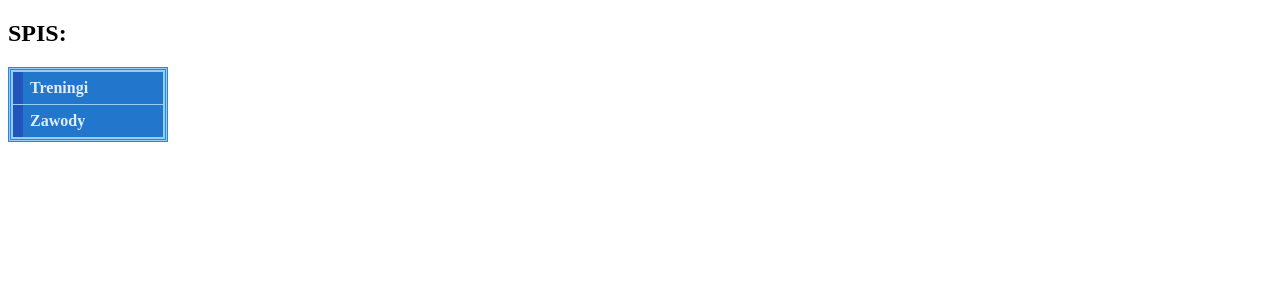
Repository: zlenyk/wrzucak
Page: http://localhost/Shop/UserMenu.jsp
These files come from the project's save history. The page is drawn as it stood at one moment and after the next save; the edit follows.
The browser window is 1280 px wide. The pictures show the whole page.
The page is served by Tomcat 9.

Above is the page before, as saved 2013-09-23 15:22:23.

### Shop/WebContent/UserMenu.jsp
<%@ page language="java" contentType="text/html; charset=ISO-8859-1"
    pageEncoding="ISO-8859-1"%>
<!DOCTYPE html PUBLIC "-//W3C//DTD HTML 4.01 Transitional//EN" "http://www.w3.org/TR/html4/loose.dtd">
<html>
<head>
	<meta http-equiv="Content-Type" content="text/html; charset=ISO-8859-1">
	<title>Insert title here</title>
	<link rel="Stylesheet" type="text/css" href="UserMenu.css" />
</head>
<body>
	<h2>SPIS:</h2>
	<ul class="menu_pionowe">
		<li><a target = strona href="http://localhost:8080/Shop/Trainings">Treningi</a></li>
		<li><a target = strona href="http://localhost:8080/Shop/Events">Zawody</a></li>
	</ul>
</body>
</html>

### Shop/WebContent/UserMenu.css
@CHARSET "UTF-8";
ul, ul li {
	display: block;
	list-style: none;
	margin: 0;
	padding: 0;
}

ul {
	width: 150px;
	padding: 2px 2px 1px 2px;
	background-color: #9ce;
	border: 3px double #28e;
}

ul li {
	border-bottom: 1px solid #9ce;
}

ul a:link, ul a:visited {
	display: block;
	width: 126px;
	text-decoration: none;
	padding: 7px;
	font-weight: bold;
	background-color: #27c;
	color: #def;
	border-left: 10px solid #25b;
}

ul a:hover {
	width: 136px;
	background-color: #28e;
	color: #fff;
	border-left: 20px solid #26d;
}

After the next save:
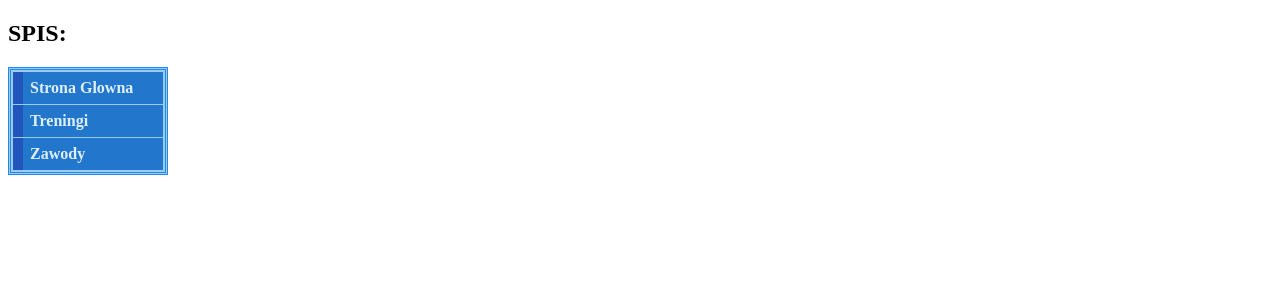
Saved 118 s later.
--- a/Shop/WebContent/UserMenu.jsp
+++ b/Shop/WebContent/UserMenu.jsp
@@ -10,6 +10,7 @@
 <body>
 	<h2>SPIS:</h2>
 	<ul class="menu_pionowe">
+		<li><a target = strona href="http://localhost:8080/Shop/home.jsp">Strona Glowna</a></li>
 		<li><a target = strona href="http://localhost:8080/Shop/Trainings">Treningi</a></li>
 		<li><a target = strona href="http://localhost:8080/Shop/Events">Zawody</a></li>
 	</ul>
